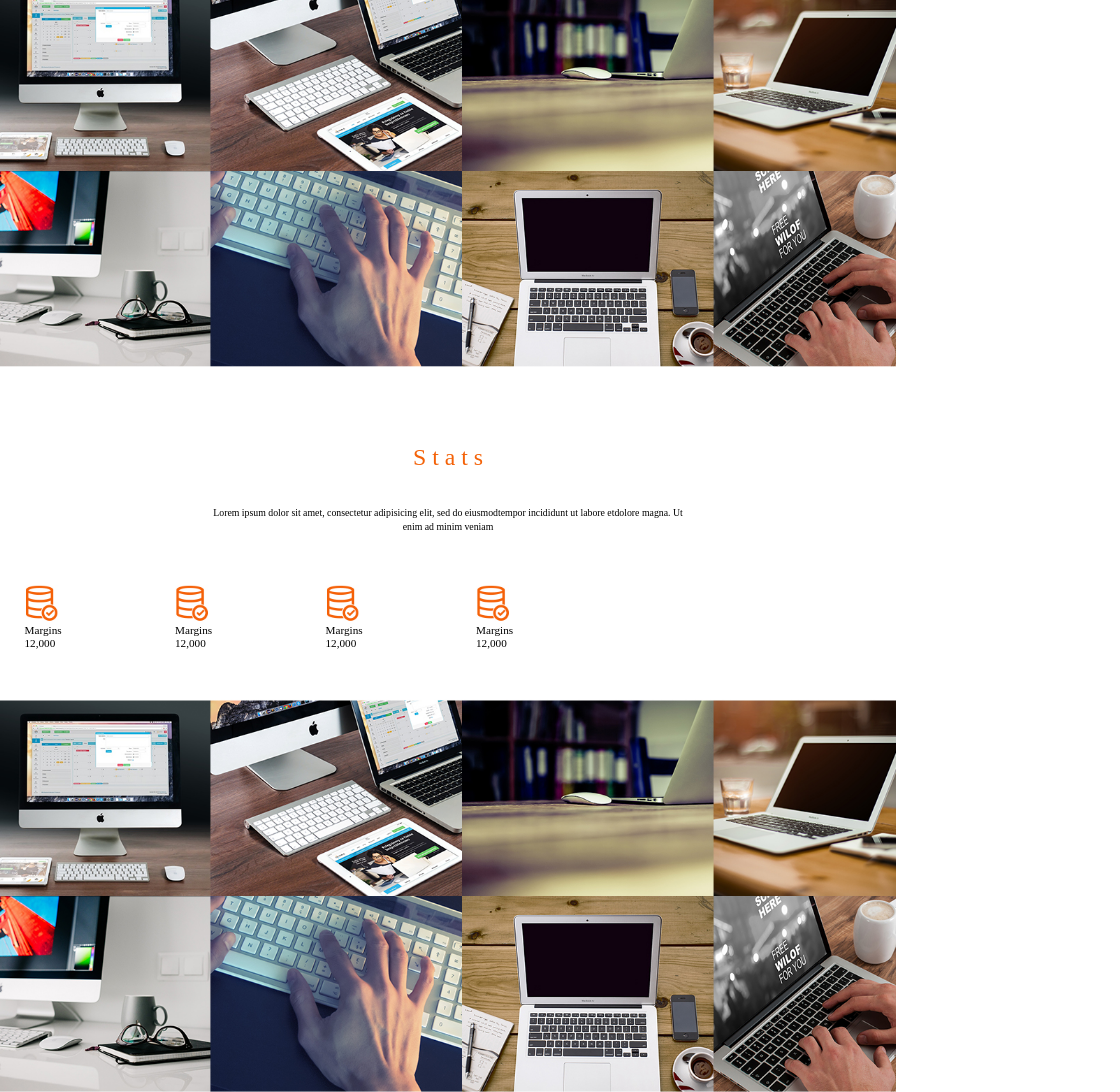
Repository: ScarApocalypse/study
Page: HTML5learning/HTML5作业/index.html
The author's editor kept a copy of each file at every save. The page is drawn from the files as they stood at one save, then again after the next save.
The browser window is 1280 px wide. The page is 1600 px wide, so the pictures cover 1600 px, including what lies to the right of the window. The pictures show the part of the page from y = 1214 to 2774 px (the page is 2774 px tall), at 70% of full size.

Above is the page before, as saved 2019-03-20 20:49:51.

After the next save:
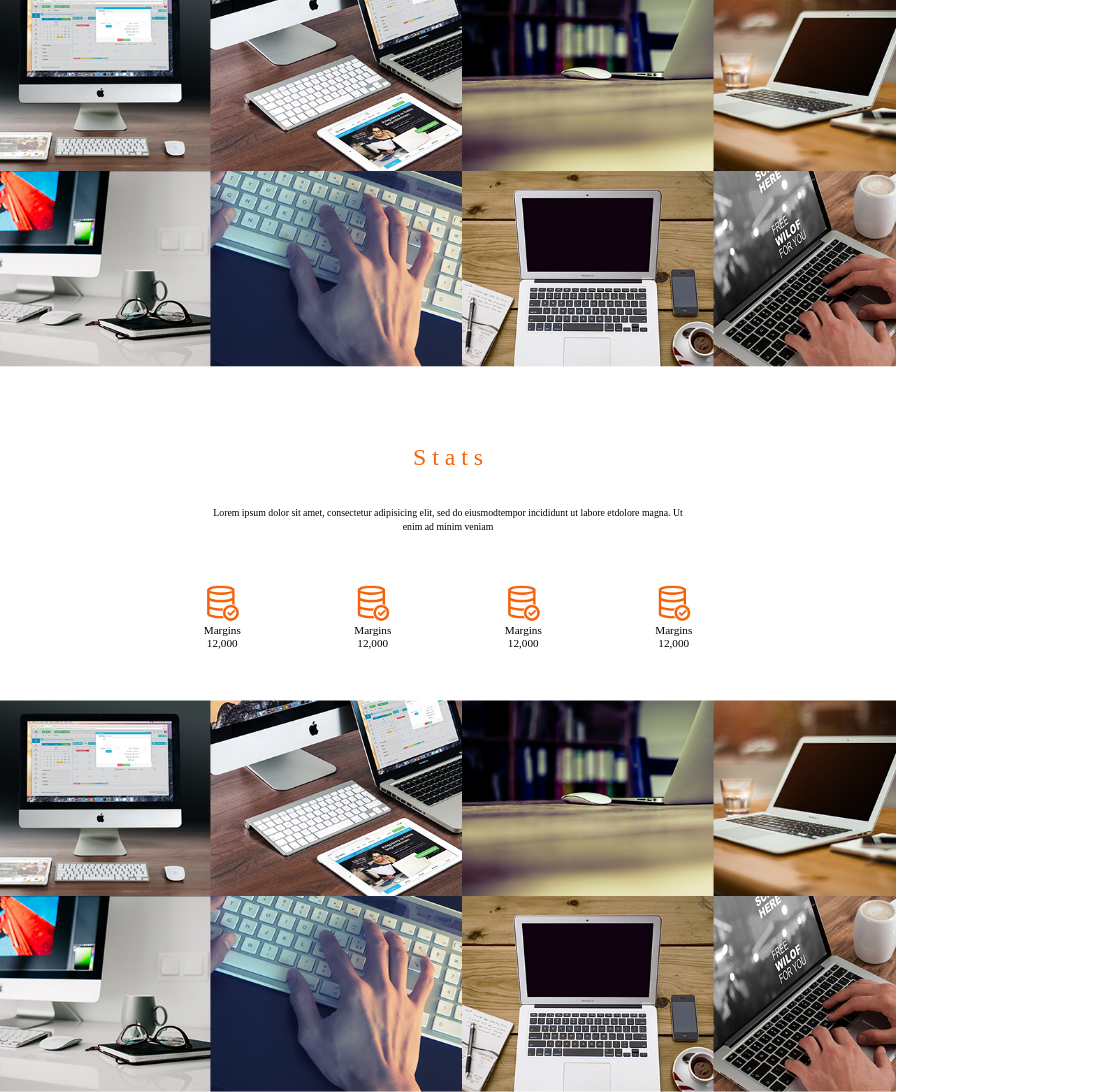
Saved 12 s later.
--- a/HTML5learning/HTML5作业/css/index.css
+++ b/HTML5learning/HTML5作业/css/index.css
@@ -128,9 +128,11 @@ header > .container > nav > a{
     width: 100%;
 }
 /* Stats区域 */
+.Stats{
+    text-align: center;
+}
 .Stats > .stats-icon{
    display: inline-block;
-   margin:0 auto;
 }
 .Stats > .stats-icon > .item{
 
